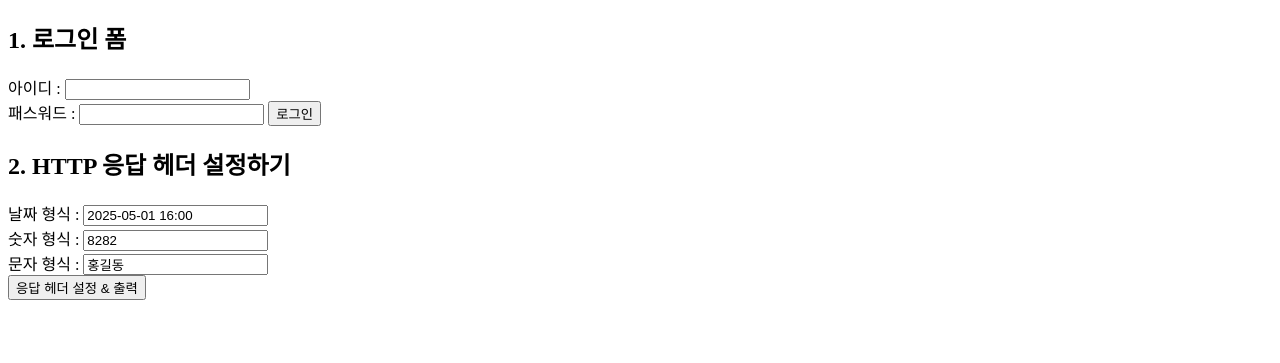
Repository: iamstudybox00/JSP_Servlet
Page: http://localhost/MustHaveJSP/02ImplicitObject/ResponseMain.jsp
An editor plug-in stored every save of this project. The page is shown before and after the next save, followed by the edit.
The browser window is 1280 px wide. The pictures show the whole page.
The page is served by Tomcat 10.

Above is the page before, as saved 2025-05-02 07:18:05.

After the next save:
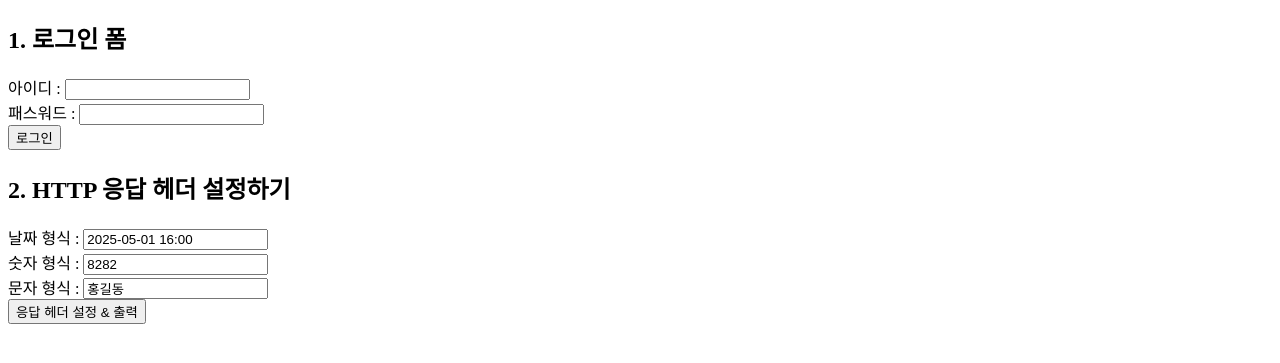
Saved 4 s later.
--- a/MustHaveJSP/src/main/webapp/02ImplicitObject/ResponseMain.jsp
+++ b/MustHaveJSP/src/main/webapp/02ImplicitObject/ResponseMain.jsp
@@ -16,7 +16,7 @@
 
 		<form action="./ResponseLogin.jsp" method="post">
 			아이디 : <input type="text" name="user_id" /><br/>
-			패스워드 : <input type="text" name="user_pwd" />
+			패스워드 : <input type="text" name="user_pwd" /><br/>
 			<input type="submit" value="로그인" />
 		</form>
 

After the save that followed:
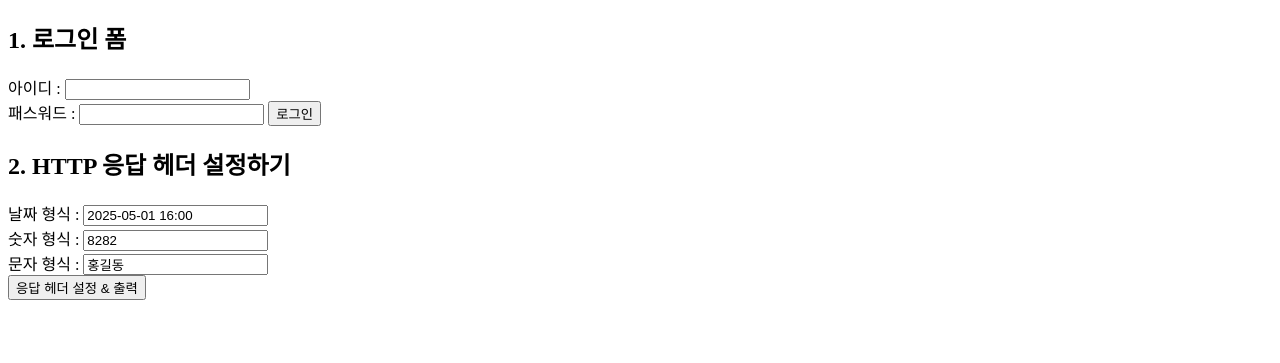
Saved 7 s later.
--- a/MustHaveJSP/src/main/webapp/02ImplicitObject/ResponseMain.jsp
+++ b/MustHaveJSP/src/main/webapp/02ImplicitObject/ResponseMain.jsp
@@ -16,7 +16,7 @@
 
 		<form action="./ResponseLogin.jsp" method="post">
 			아이디 : <input type="text" name="user_id" /><br/>
-			패스워드 : <input type="text" name="user_pwd" /><br/>
+			패스워드 : <input type="text" name="user_pwd" />
 			<input type="submit" value="로그인" />
 		</form>
 
